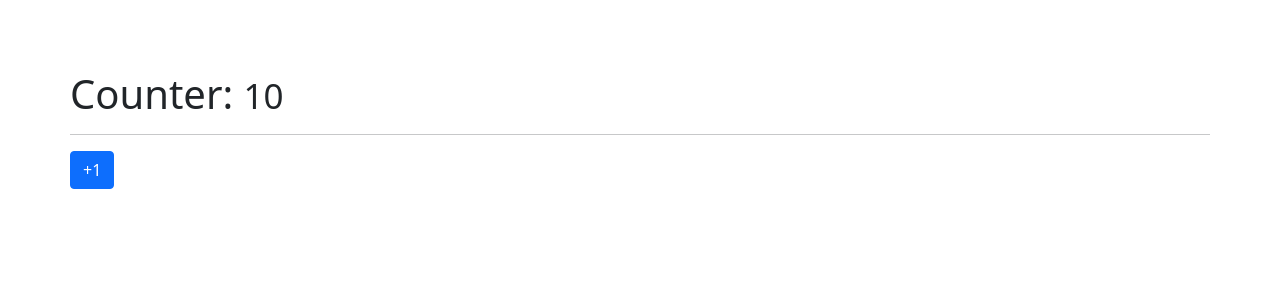
Repository: FlamesAlejandro/practicaReact
Page: /
These files come from the project's save history. The page is drawn as it stood at one moment and after a run of saves; the edit follows.
The browser window is 1280 px wide. The pictures show the whole page.
The project was rebuilt for these pictures with package versions that can differ from the ones it lists, and the page was loaded fresh each time.

Above is the page before, as saved 2021-06-02 20:36:30.

### public/index.html
<!DOCTYPE html>
<html lang="en">
  <head>
    <meta charset="utf-8" />
    <link rel="icon" href="%PUBLIC_URL%/favicon.ico" />
    <meta name="viewport" content="width=device-width, initial-scale=1" />
    <meta name="theme-color" content="#000000" />
    <meta
      name="description"
      content="Web site created using create-react-app"
    />

    <!--
      manifest.json provides metadata used when your web app is installed on a
      user's mobile device or desktop. See https://developers.google.com/web/fundamentals/web-app-manifest/
    -->
    <link rel="manifest" href="%PUBLIC_URL%/manifest.json" />
    <!--
      Notice the use of %PUBLIC_URL% in the tags above.
      It will be replaced with the URL of the `public` folder during the build.
      Only files inside the `public` folder can be referenced from the HTML.

      Unlike "/favicon.ico" or "favicon.ico", "%PUBLIC_URL%/favicon.ico" will
      work correctly both with client-side routing and a non-root public URL.
      Learn how to configure a non-root public URL by running `npm run build`.
    -->
       <!-- CSS only -->
<link href="https://cdn.jsdelivr.net/npm/bootstrap@5.0.1/dist/css/bootstrap.min.css" rel="stylesheet" integrity="sha384-+0n0xVW2eSR5OomGNYDnhzAbDsOXxcvSN1TPprVMTNDbiYZCxYbOOl7+AMvyTG2x" crossorigin="anonymous"></link>

    <title>Hooks App</title>
  </head>
  <body>
    <noscript>You need to enable JavaScript to run this app.</noscript>
    <div id="root"></div>
    <!--
      This HTML file is a template.
      If you open it directly in the browser, you will see an empty page.

      You can add webfonts, meta tags, or analytics to this file.
      The build step will place the bundled scripts into the <body> tag.

      To begin the development, run `npm start` or `yarn start`.
      To create a production bundle, use `npm run build` or `yarn build`.
    -->
  </body>
</html>

### src/index.js
import React from 'react';
import ReactDOM from 'react-dom';
// import { RealExampleRef } from './components/04-useRef/RealExampleRef';
// import { Layout } from './components/05-useLayoutEffect/LayoutEffect';
import { Memorize } from './components/06-memos/Memorize';
// import { FocusScreen } from './components/04-useRef/FocusScreen';
// import { MultipleCustomHook } from './components/03-examples/MultipleCustomHook';
// import { FormWithCustomHook } from './components/useEffect/FormWithCustomHook';
// import { SimpleForm } from './components/useEffect/SimpleForm';
// import { CounterApp } from './components/01-useState/CounterApp';
// import { CounterWithCustomHook } from './components/01-useState/CounterWithCustomHook';
// import { HookApp } from './HookApp';

ReactDOM.render(

    <Memorize />,

  document.getElementById('root')
);

### src/components/06-memos/Memorize.js
import React from 'react';
import { useCounterM } from '../../hooks/useCounterM'
import '../02-useEffect/effect.css';


export const Memorize = () => {

    const { counter, increment } = useCounterM( 10 );

    return (
        <div>
            <h1>Counter: <small> { counter } </small></h1>
            <hr />

            <button
                className="btn btn-primary"
                onClick={ increment }
            >
                +1
            </button>

        </div>
    )
}

### src/hooks/useCounterM.js
import { useState } from 'react';

export const useCounterM = (initialState = 10) => {

    const [counter, setCounter] = useState(initialState)

    const increment = (  ) => {
        setCounter( counter + 1 );
    }

    const decrement = (  ) => {
        setCounter( counter - 1 );
    }

    const reset = () => {
        setCounter( initialState );
    }

    return {
        counter,
        increment,
        decrement,
        reset
    };


}

### src/components/06-memos/small.js
import React from 'react'

export const Small = ({ value }) => {
    return (
        <small>
            { value }
        </small>
    )
}

Loaded but not shown: src/components/02-useEffect/effect.css (common file)

After the next 3 saves:
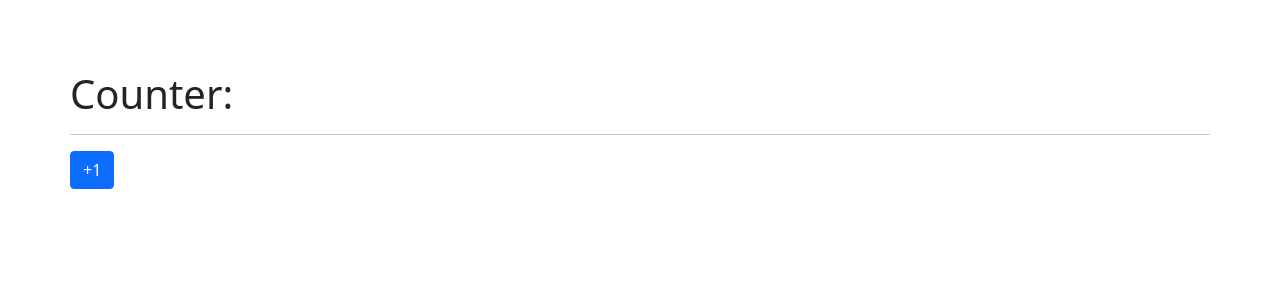
The 3 saves are shown as one change because 2 did not build or start.
The last was saved 20 s later.
--- a/src/components/06-memos/Memorize.js
+++ b/src/components/06-memos/Memorize.js
@@ -1,6 +1,7 @@
 import React from 'react';
 import { useCounterM } from '../../hooks/useCounterM'
 import '../02-useEffect/effect.css';
+import { Small } from './small';
 
 
 export const Memorize = () => {
@@ -9,7 +10,7 @@
 
     return (
         <div>
-            <h1>Counter: <small> { counter } </small></h1>
+            <h1>Counter: <Small /></h1>
             <hr />
 
             <button

After the 3 saves that followed:
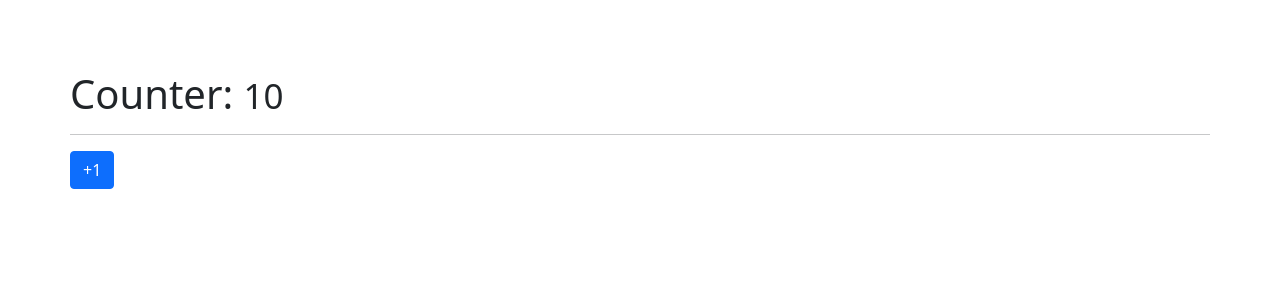
The 3 saves are shown as one change because they came seconds apart.
The last was saved 6 min 53 s later.
--- a/src/components/06-memos/Memorize.js
+++ b/src/components/06-memos/Memorize.js
@@ -10,7 +10,7 @@
 
     return (
         <div>
-            <h1>Counter: <Small /></h1>
+            <h1>Counter: <Small value={ counter } /></h1>
             <hr />
 
             <button
